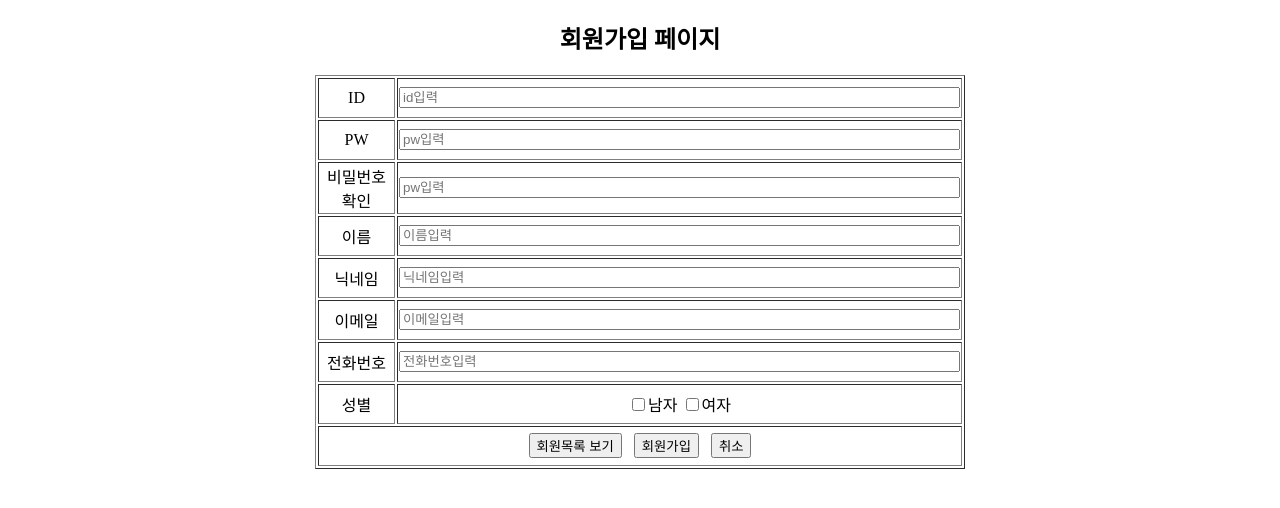
Repository: Served01/Project2_2209
Page: http://localhost/bookReviewProgram/mbinsertform.jsp
An editor plug-in stored every save of this project. The page is shown before and after the next save, followed by the edit.
The browser window is 1280 px wide. The pictures show the whole page.
The page is served by Tomcat 9. Other server files are loaded and not shown.

Above is the page before, as saved 2022-09-22 08:26:18.

### bookReviewProgram/src/main/webapp/mbinsertform.jsp
<%@ page language="java" contentType="text/html; charset=UTF-8"
    pageEncoding="UTF-8"%>
<!DOCTYPE html>
<html>
<head>
<meta charset="UTF-8">
<title>회원가입 페이지</title>
</head>
<body>
<h2 align = "center">회원가입 페이지</h2>
<form action = "mbinsertform.Pro.jsp" methos = "post" align = "center">
	<table border = "1" align = "center" width = "650">
		<tr height = "40" align = "center">
			<td width = "150">ID</td>
			<td width = "250"><input type = "text" name = "id" size = "67" placeholder="id입력"/></td>
		</tr>
		<tr height = "40" align = "center">
			<td width = "150">PW</td>
			<td width = "250"><input type = "text" name = "pw1" size = "67" placeholder="pw입력"/></td>
		</tr>
		<tr height = "40" align = "center">
			<td width = "150">비밀번호 확인</td>
			<td width = "250"><input type = "text" name = "pw2" size = "67" placeholder="pw입력"/></td>
		</tr>
		<tr height = "40" align = "center">
			<td width = "150">이름</td>
			<td width = "250"><input type = "text" name = "name" size = "67" placeholder="이름입력"/></td>
		</tr>
		<tr height = "40" align = "center">
			<td width = "150">닉네임</td>
			<td width = "250"><input type = "text" name = "nick" size = "67" placeholder="닉네임입력"/></td>
		</tr>
		<tr height = "40" align = "center">
			<td width = "150">이메일</td>
			<td width = "250"><input type = "text" name = "email" size = "67" placeholder="이메일입력"/></td>
		</tr>
		<tr height = "40" align = "center">
			<td width = "150">전화번호</td>
			<td width = "250"><input type = "text" name = "tel" size = "67" placeholder="전화번호입력"/></td>
		</tr>
		<tr height="40" align="center">
			<td width="150">성별</td>
			<td width="250">
				<input type="checkbox" name="hobby" value="남자"/>남자
				<input type="checkbox" name="hobby" value="여자"/>여자
			</td>
		</tr>
		<tr height = "40" align = "center">
			<td colspan = "2">
				<input type = "button" value = "회원목록 보기" onclick = "mbList.jsp"/>&nbsp;&nbsp;
				<input type = "submit" value = "회원가입"/>&nbsp;&nbsp;
				<input type = "reset" value = "취소"/>
		</tr>
	</table>
</form>
</body>
</html>

After the next save:
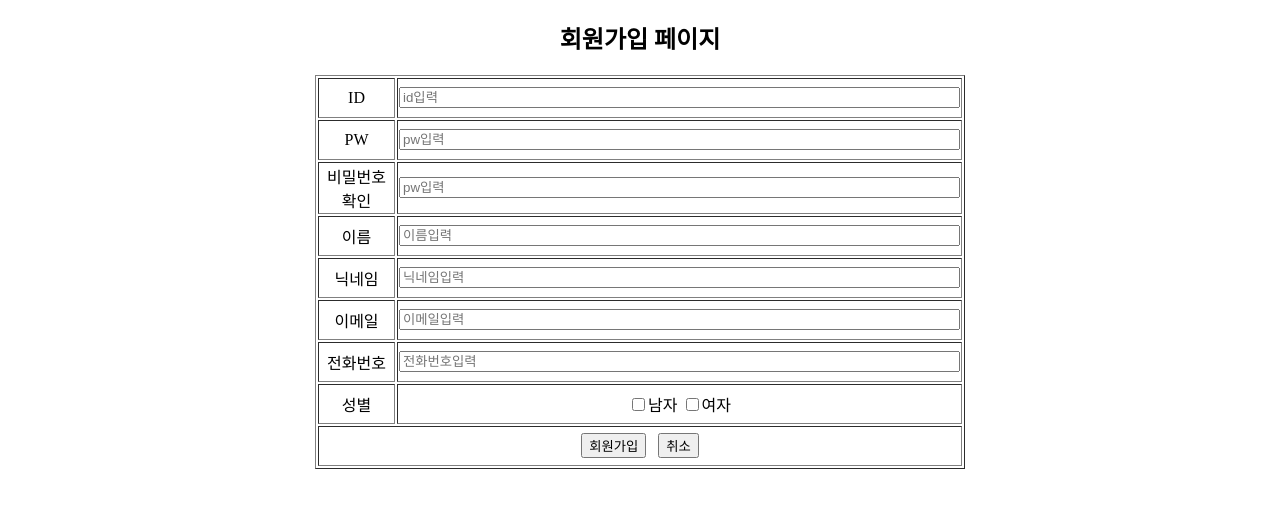
Saved 95 s later.
--- a/bookReviewProgram/src/main/webapp/mbinsertform.jsp
+++ b/bookReviewProgram/src/main/webapp/mbinsertform.jsp
@@ -47,7 +47,6 @@
 		</tr>
 		<tr height = "40" align = "center">
 			<td colspan = "2">
-				<input type = "button" value = "회원목록 보기" onclick = "mbList.jsp"/>&nbsp;&nbsp;
 				<input type = "submit" value = "회원가입"/>&nbsp;&nbsp;
 				<input type = "reset" value = "취소"/>
 		</tr>
